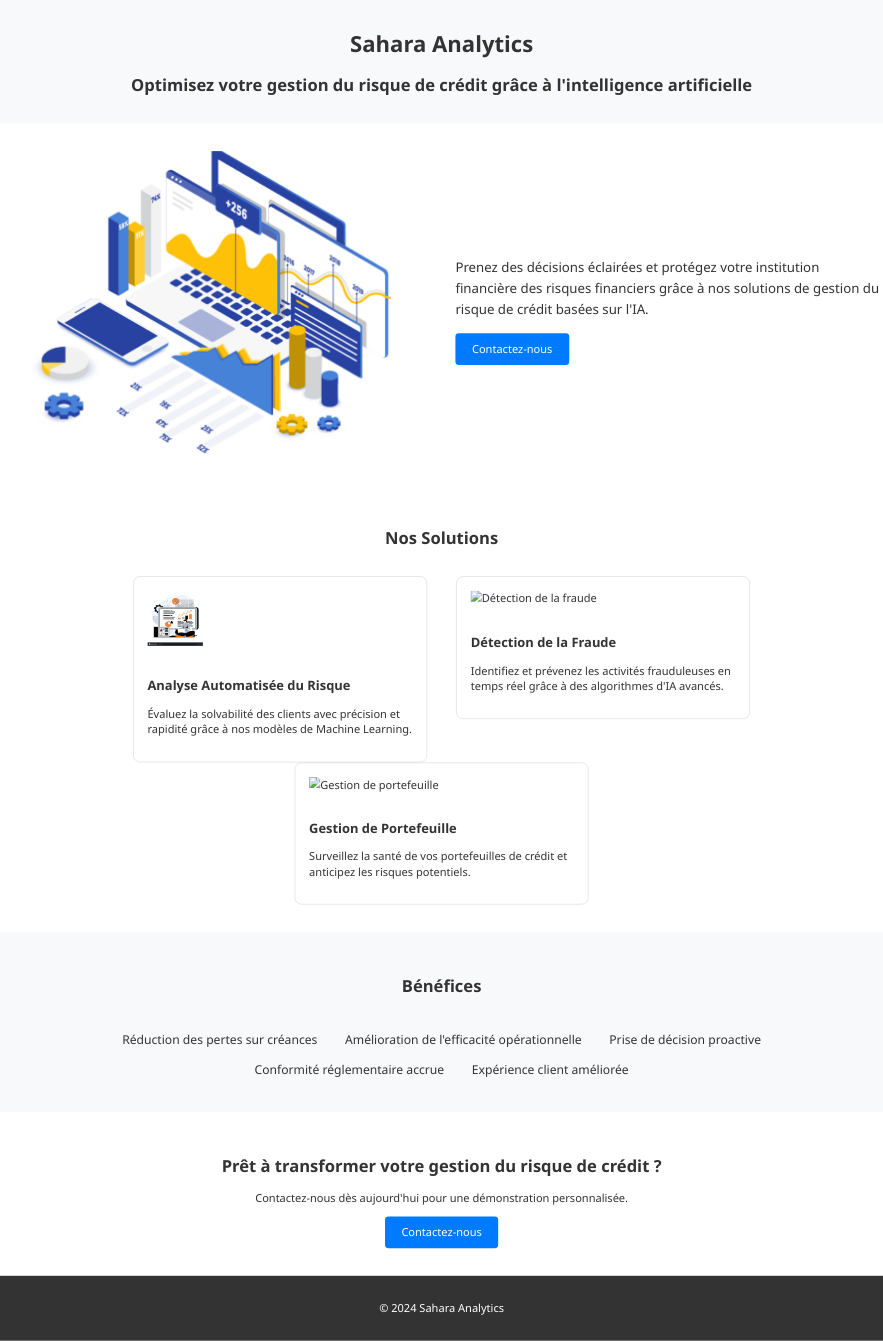
Repository: saharaAI/website
Page: landing_page/index.html
An editor plug-in stored every save of this project. The page is shown before and after the next save, followed by the edit.
The browser window is 1280 px wide. The pictures show the whole page, at 69% of full size.

Above is the page before, as saved 2024-06-29 14:15:39.
Not found: landing_page/images/fraude.svg
Not found: landing_page/images/portfolio.svg

### landing_page/index.html
<!DOCTYPE html>
<html lang="fr">
<head>
    <meta charset="UTF-8">
    <meta name="viewport" content="width=device-width, initial-scale=1.0">
    <title>Sahara Analytics - Solutions de Gestion du Risque de Crédit</title>
    <style>
        /* GENERAL */
        body {
            font-family: 'Segoe UI', Tahoma, Geneva, Verdana, sans-serif;
            margin: 0;
            padding: 0;
            color: #333;
        }
        a {
            text-decoration: none;
            color: #007bff; /* Blue */
        }
        a:hover {
            text-decoration: underline;
        }
        .btn {
            display: inline-block;
            padding: 12px 24px;
            background-color: #007bff; /* Blue */
            color: #fff;
            border-radius: 5px;
            transition: background-color 0.3s;
        }
        .btn:hover {
            background-color: #0056b3; /* Darker blue */
        }
        /* HEADER */
        header {
            background-color: #f8f9fa; /* Light grey */
            padding: 20px 0;
            text-align: center;
        }
        /* HERO SECTION */
        .hero {
            display: flex;
            justify-content: center;
            align-items: center;
            padding: 40px 0;
        }
        .hero-image {
            width: 50%;
            margin-right: 40px;
        }
        .hero-image img {
            width: 100%;
            border-radius: 10px;
        }
        .hero-text {
            width: 50%;
        }
        .hero-text p {
            font-size: 1.2em;
            line-height: 1.6;
        }
        /* SERVICES SECTION */
        .services {
            text-align: center;
            padding: 40px 0;
        }
        .services h2 {
            margin-bottom: 40px;
        }
        .services .service {
            display: inline-block;
            width: 30%;
            margin: 0 1.5%;
            padding: 20px;
            border: 1px solid #ddd;
            border-radius: 10px;
            text-align: left;
            vertical-align: top;
        }
        .services img {
            width: 80px;
            height: 80px;
            margin-bottom: 20px;
        }
        /* BENEFITS SECTION */
        .benefits {
            text-align: center;
            padding: 40px 0;
            background-color: #f8f9fa; /* Light grey */
        }
        .benefits h2 {
            margin-bottom: 40px;
        }
        .benefits ul {
            list-style: none;
            padding: 0;
            margin: 0;
            display: flex;
            flex-wrap: wrap;
            justify-content: center;
        }
        .benefits li {
            margin: 10px 20px;
            font-size: 1.1em;
        }
        /* CALL TO ACTION */
        .cta {
            text-align: center;
            padding: 40px 0;
        }
        /* FOOTER */
        footer {
            background-color: #333;
            color: #fff;
            text-align: center;
            padding: 20px 0;
        }
    </style>
</head>
<body>

    <header>
        <h1>Sahara Analytics</h1>
        <h2>Optimisez votre gestion du risque de crédit grâce à l'intelligence artificielle</h2>
    </header>

    <section class="hero">
        <div class="hero-image">
            <img src="images/hero.png" alt="Analyse de données">
        </div>
        <div class="hero-text">
            <p>Prenez des décisions éclairées et protégez votre institution financière des risques financiers grâce à nos solutions de gestion du risque de crédit basées sur l'IA.</p>
            <a href="#contact" class="btn">Contactez-nous</a>
        </div>
    </section>

    <section class="services">
        <h2>Nos Solutions</h2>
        <div class="service">
            <img src="images/analyse.png" alt="Analyse de données">
            <h3>Analyse Automatisée du Risque</h3>
            <p>Évaluez la solvabilité des clients avec précision et rapidité grâce à nos modèles de Machine Learning.</p>
        </div>
        <div class="service">
            <img src="images/fraude.svg" alt="Détection de la fraude">
            <h3>Détection de la Fraude</h3>
            <p>Identifiez et prévenez les activités frauduleuses en temps réel grâce à des algorithmes d'IA avancés.</p>
        </div>
        <div class="service">
            <img src="images/portfolio.svg" alt="Gestion de portefeuille">
            <h3>Gestion de Portefeuille</h3>
            <p>Surveillez la santé de vos portefeuilles de crédit et anticipez les risques potentiels.</p>
        </div>
    </section>

    <section class="benefits">
        <h2>Bénéfices</h2>
        <ul>
            <li>Réduction des pertes sur créances</li>
            <li>Amélioration de l'efficacité opérationnelle</li>
            <li>Prise de décision proactive</li>
            <li>Conformité réglementaire accrue</li>
            <li>Expérience client améliorée</li>
        </ul>
    </section>

    <section class="cta" id="contact">
        <h2>Prêt à transformer votre gestion du risque de crédit ?</h2>
        <p>Contactez-nous dès aujourd'hui pour une démonstration personnalisée.</p>
        <a href="#" class="btn">Contactez-nous</a>
    </section>

    <footer>
        <p>© 2024 Sahara Analytics</p>
    </footer>

</body>
</html>

After the next save:
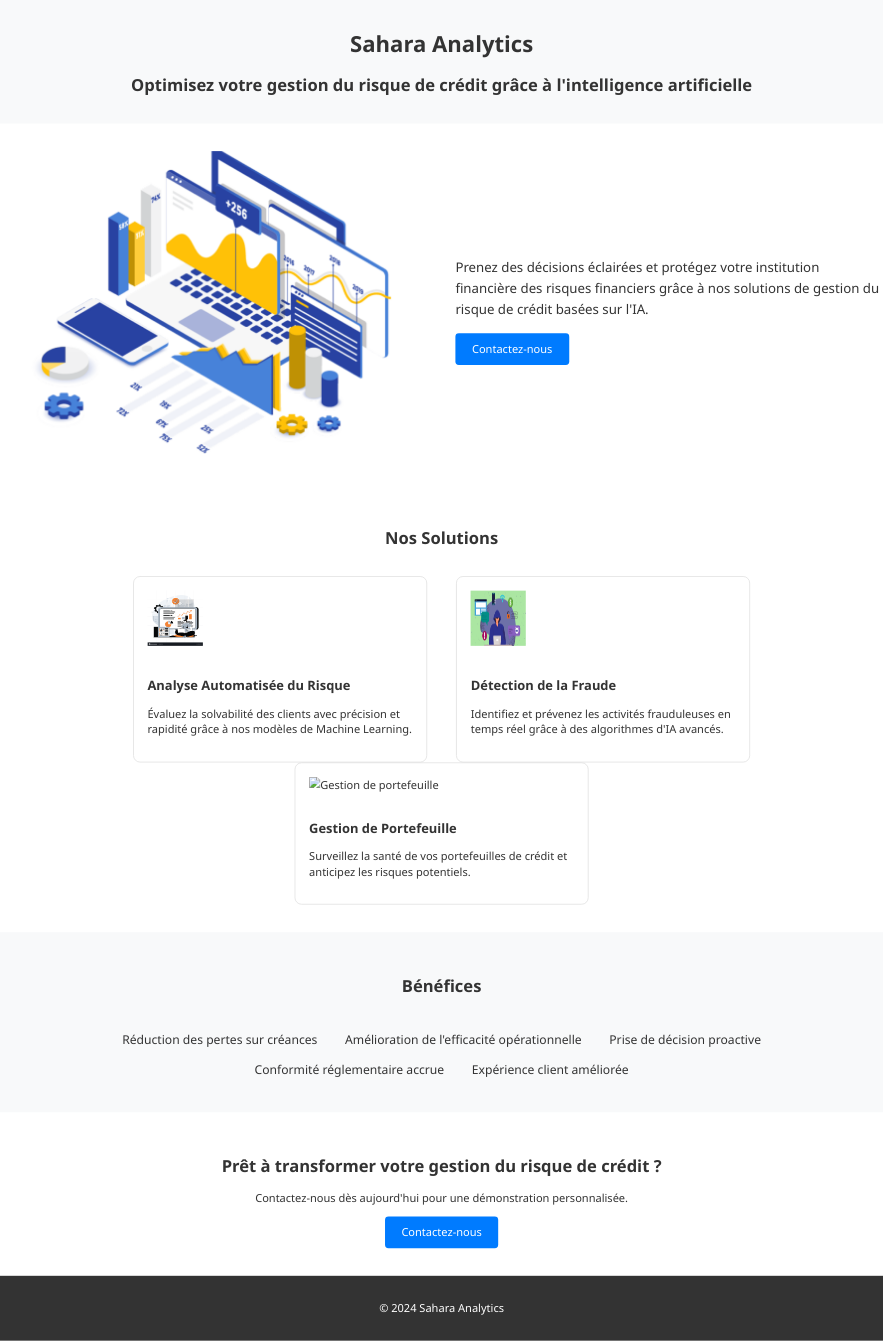
Saved 2 min 20 s later.
--- a/landing_page/index.html
+++ b/landing_page/index.html
@@ -141,7 +141,7 @@
             <p>Évaluez la solvabilité des clients avec précision et rapidité grâce à nos modèles de Machine Learning.</p>
         </div>
         <div class="service">
-            <img src="images/fraude.svg" alt="Détection de la fraude">
+            <img src="images/fraud.jpg" alt="Détection de la fraude">
             <h3>Détection de la Fraude</h3>
             <p>Identifiez et prévenez les activités frauduleuses en temps réel grâce à des algorithmes d'IA avancés.</p>
         </div>
